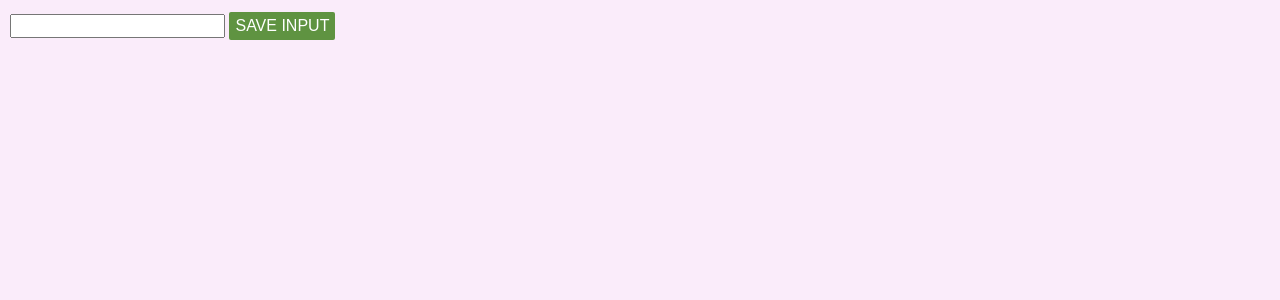
Repository: jt010051/chromeExtension
Page: index.html
These files come from the project's save history. The page is drawn as it stood at one moment and after the next save; the edit follows.
The browser window is 1280 px wide. The pictures show the whole page.

Above is the page before, as saved 2022-02-27 17:11:37.
Not found: index.js

After the next save:
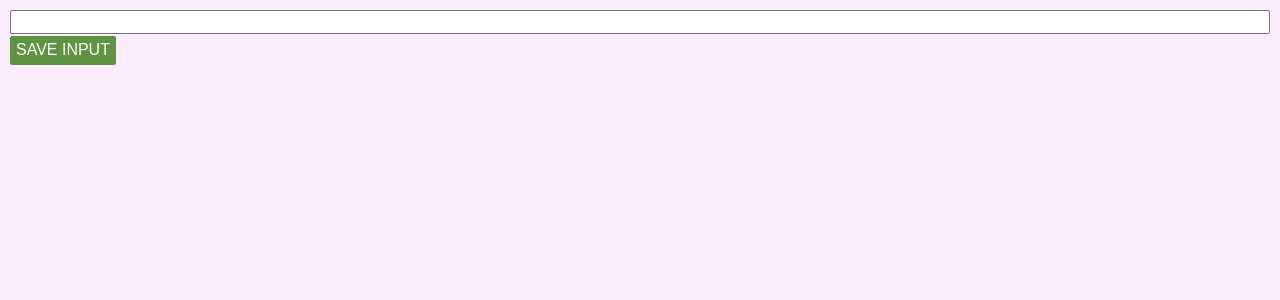
Saved 81 s later.
--- a/index.css
+++ b/index.css
@@ -8,6 +8,9 @@ background-color: rgb(250, 236, 250);}
 
 
 input {
+    width: 100%;
+    padding-left: 10px;
+    padding-right: 10px;
     color: #5f9341;
 }
 
